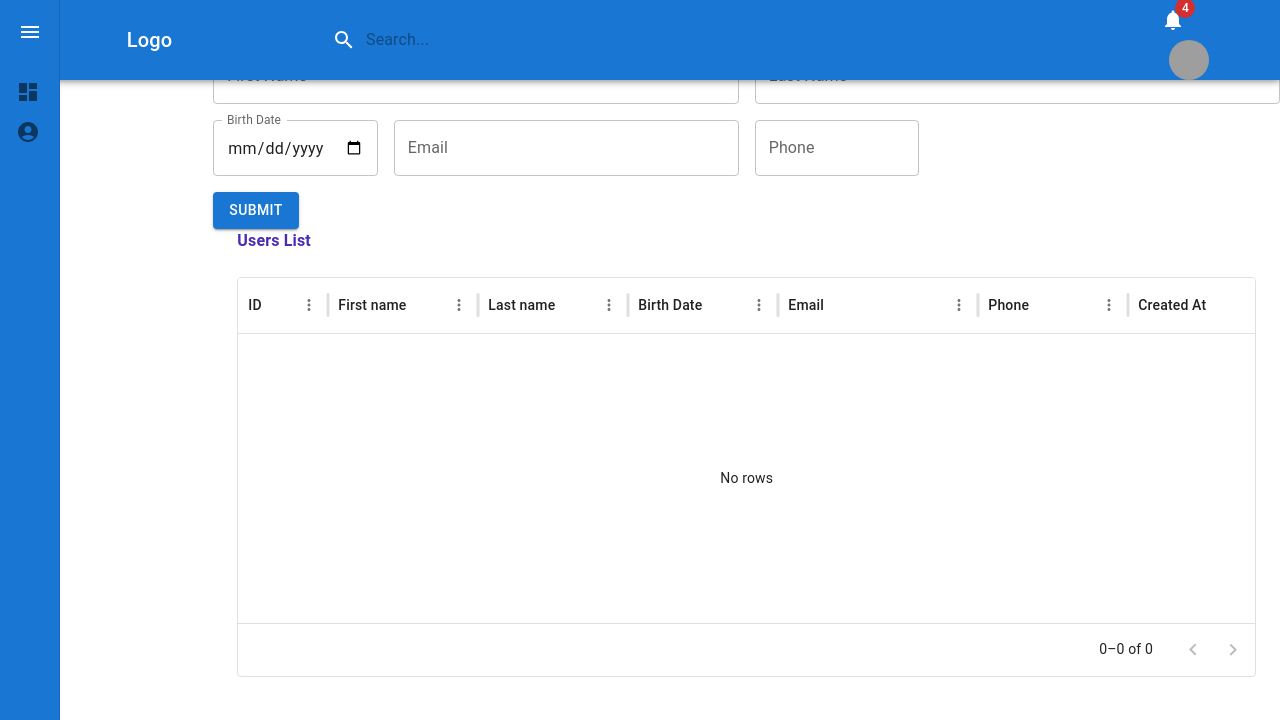
Repository: lenx0/front-client-manager
Page: /
These files come from the project's save history. The page is drawn as it stood at one moment and after the next save; the edit follows.
The browser window is 1280 px wide. The pictures show the whole page.
Pictures or frames that could not be fetched are drawn as grey boxes. The page's requests for data from a server got no answer. The project was rebuilt for these pictures with package versions that can differ from the ones it lists, and the page was loaded fresh each time. No one was signed in, and anything a server would have sent is missing. Also part of the build but not shown: vite.config.js, src/App.css.

Above is the page before, as saved 2024-06-25 12:55:35.

After the next save:
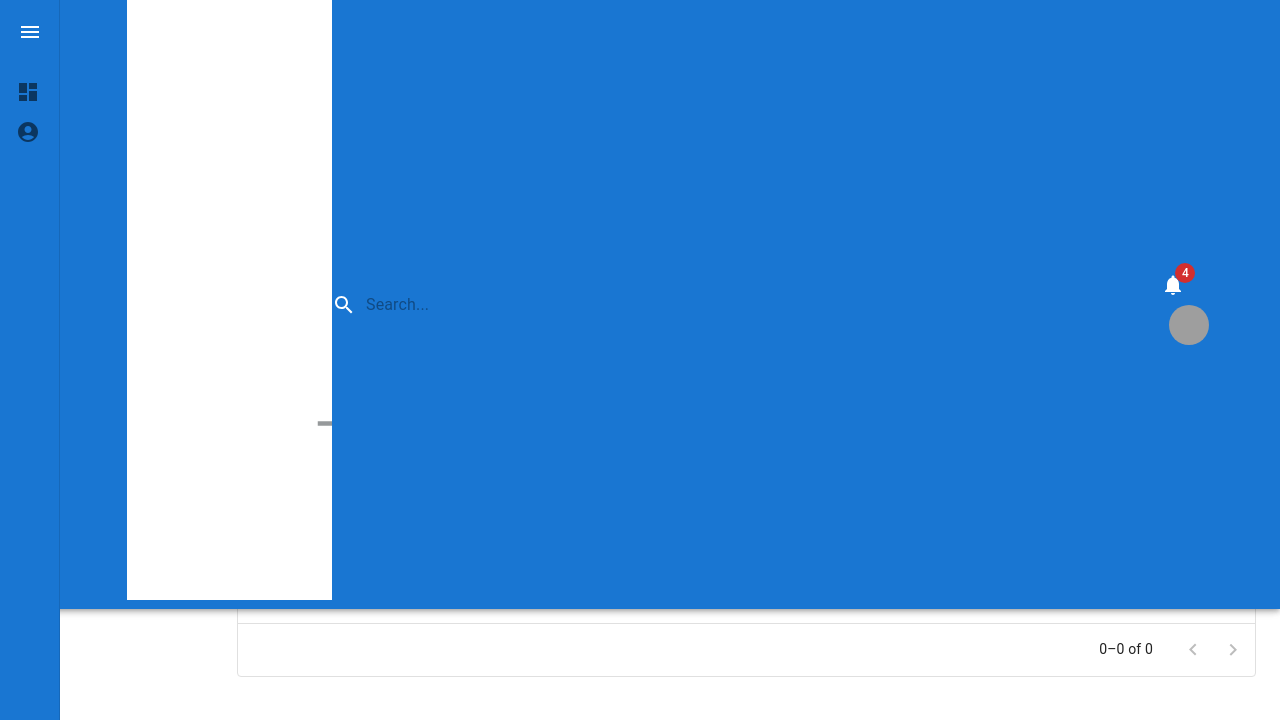
Saved 5 min 32 s later.
--- a/src/components/Layout/Header.jsx
+++ b/src/components/Layout/Header.jsx
@@ -19,7 +19,7 @@
           </Grid>
           <Grid item xs={2}>
             <Typography variant="h6" noWrap>
-              Logo
+              <img src="/logo/user.png"/>
             </Typography>
           </Grid>
           <Grid item xs={8}>

After the save that followed:
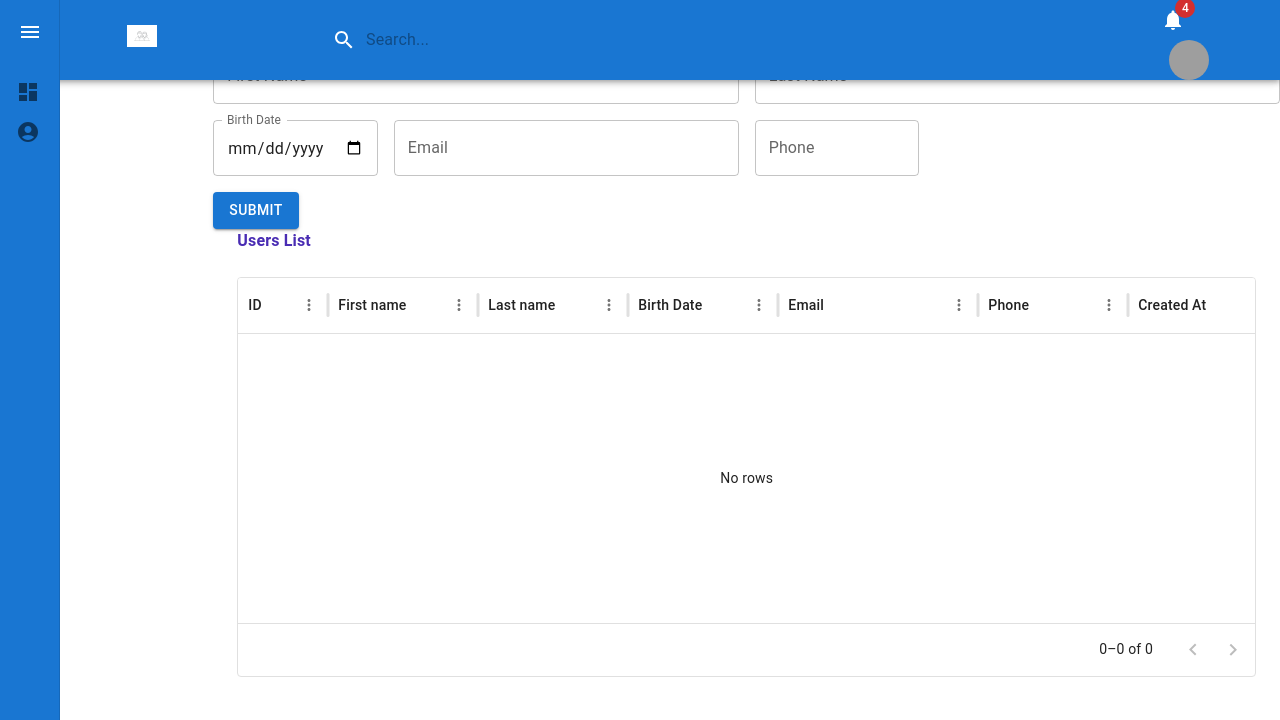
Saved 17 s later.
--- a/src/components/Layout/Header.jsx
+++ b/src/components/Layout/Header.jsx
@@ -19,7 +19,7 @@
           </Grid>
           <Grid item xs={2}>
             <Typography variant="h6" noWrap>
-              <img src="/logo/user.png"/>
+              <img width={30} src="/logo/user.png"/>
             </Typography>
           </Grid>
           <Grid item xs={8}>
